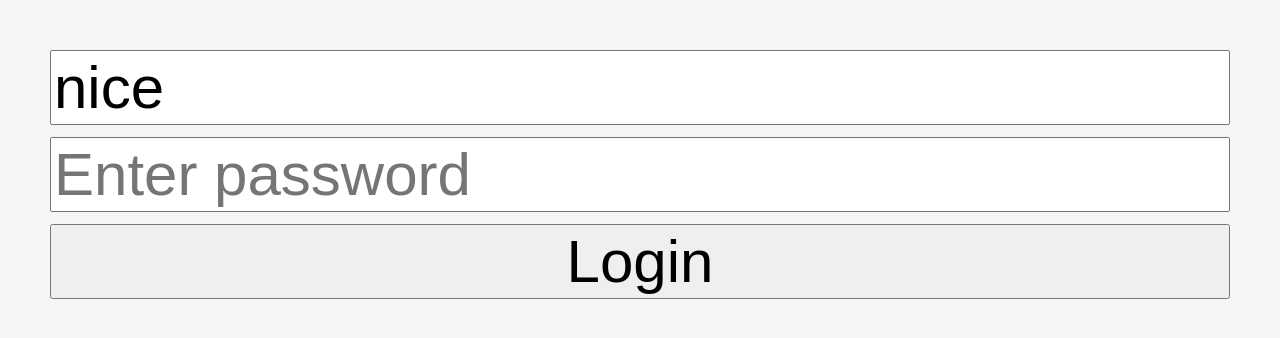
Repository: aanchal0205/yumili
Page: /
The author's editor kept a copy of each file at every save. The page is drawn from the files as they stood at one save, then again after the next save.
The browser window is 1280 px wide. The pictures show the whole page.
The project was rebuilt for these pictures with package versions that can differ from the ones it lists, and the page was loaded fresh each time.

Above is the page before, as saved 2021-12-18 09:24:58.

### src/App.js
import logo from './logo.svg';
import './App.css';
import { useState } from 'react';
import { useEffect } from 'react';
import { useFormik } from 'formik';

// export const API="https://movieapp-aanchal.herokuapp.com";
const API="http://localhost:8000";

function App() {
  const token=localStorage.getItem("token")
  return (
    <div className="App">
     <Login/>
     {token?<RecipeList/>:""}

    </div>
  );
}

function RecipeList()
{

  // http://localhost:8000/recipes

  const [recipe,setRecipe]=useState([])

  useEffect(()=>
  {
    fetch(`${API}/recipes`)
  .then(data=>data.json())
  .then(recepies=>setRecipe(recepies))

  });




  return (
  <div className='recipe-list'>
    {recipe.map((rec)=>(

    <Recipe recipe={rec}/>
    ))}


  </div>
  );

}


function Login()
{
  const{handleSubmit,values,handleChange,handleBlur,errors,touched}=
  useFormik({
    initialValues:{username:"nice",password:""},
    onSubmit:(user)=>
    {
      console.log("Sending server values",user);
      signIn(user);
    },
  });
  const signIn=(user)=>
  {
    // http://localhost:8000/users/login
    fetch(`${API}/users/login`, {
      method:"POST",
       headers: {'Content-Type':'application/json'},
       body: JSON.stringify(user),
       })
    .then(data=>data.json())
    .then(data=>localStorage.setItem("token",data.token))

  };

  return (
    <form onSubmit={handleSubmit} className='login-form'>
      <input placeholder='Enter your name'
      id="username"
      name="username"
      value={values.username}
      onChange={handleChange}
      onBlur={handleBlur}>

      </input>
      <input type="text" placeholder='Enter password'
      id="password"
      name="password"
      value={values.password}
      onChange={handleChange}
      onBlur={handleBlur}></input>
      <button type="submit" >Login</button>
    </form>

  );
}

function Recipe({recipe})
{
  return <div className='recipe-container'>
    <img
    className="recipe-picture"
    src={recipe.picture}
    alt="Paneer Butter Masala"/>
    <p className='recepi-name'>{recipe.name}</p>
  </div>
}

export default App;

### src/App.css
/* .App {
  text-align: center;
} */

.recipe-picture
{
  height: 340px;
  width: 550px;
  object-fit: cover;
}
.recepi-name
{
  font-size: 48px;
  padding: 16px;
  margin: 10px;

}

.recipe-container
{
  background: white;
  width: 550px;
  border-radius: 16px;
  overflow: hidden;
  box-shadow: rgb(0 0 0/ 4%) 0px 1px 11px 1px;
  transition: 0.2s;
}

.recipe-container:hover
{
  transform: scale(1.1);
}

body
{
  background: whitesmoke;
  margin: 50px;
  font-family: Roboto;
}

.recipe-list
{
  display: flex;
  flex-wrap: wrap;
  justify-content: space-around;

}

.login-form > input,
.login-form > button
{
  font-size: 60px;
}

.login-form
{
  margin: 48px 0;
  display: flex;
  flex-direction: column;
  gap: 12px;
}

Loaded but not shown: public/index.html (common file); src/index.js (common file); src/index.css (common file); src/reportWebVitals.js (common file)

After the next save:
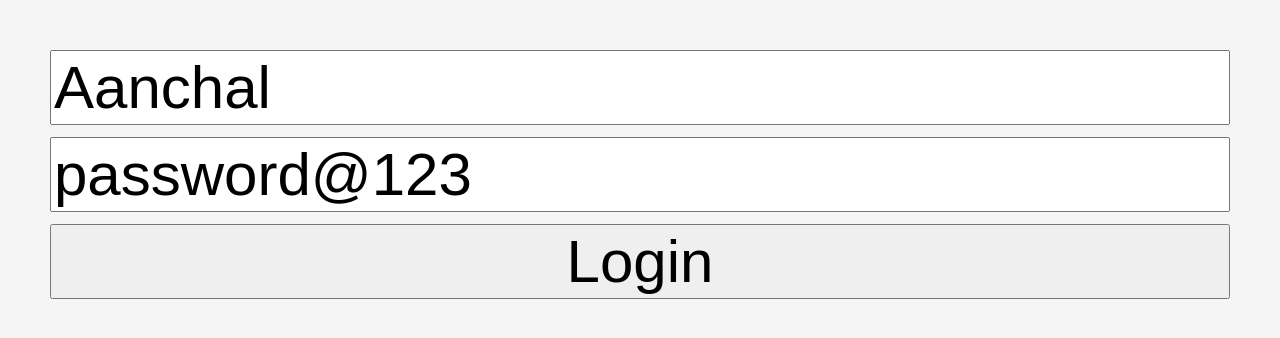
Saved 23 s later.
--- a/src/App.js
+++ b/src/App.js
@@ -54,7 +54,7 @@ function Login()
 {
   const{handleSubmit,values,handleChange,handleBlur,errors,touched}=
   useFormik({
-    initialValues:{username:"nice",password:""},
+    initialValues:{username:"Aanchal",password:"password@123"},
     onSubmit:(user)=>
     {
       console.log("Sending server values",user);
